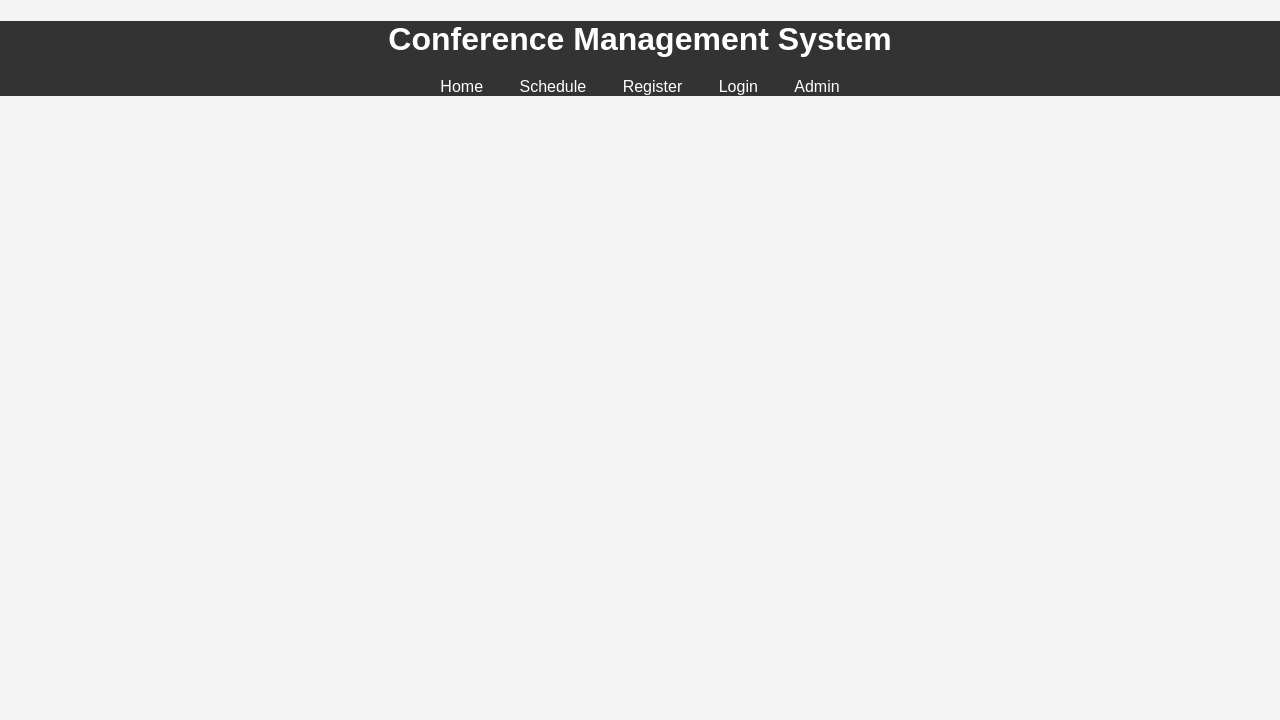
Repository: AMIT1439027/conferenceapp
Page: http://localhost/feedback.php
The author's editor kept a copy of each file at every save. The page is drawn from the files as they stood at one save, then again after the next save.
The browser window is 1280 px wide. The pictures show the whole page.
The page is run by PHP 8.4 with error messages shown; the project is at /var/www/html/. Queries for data that is not in the repository find no rows.

Above is the page before, as saved 2024-05-29 12:42:30.

### feedback.php

<?php
include 'db_connect.php';
if($_SERVER["REQUEST_METHOD"]=="POST"){
    $user_id = $_POST['user_id'];
    $conference_id = $_POST['conference_id'];
    $feedback = $_POST['feedback'];

    $stmt = $pdo->prepare("INSERT INTO  registrations (user_id,conference_id,feedback) VALUES(?,?,?)");

    $stmt->execute($user_id,$conference_id,$feedback);

    echo "Feedback submitted";
}

$stmt_users = $pdo->query("SELECT * FROM users");
$users = $stmt_users->fetchAll();

$stmt_conferences = $pdo->query("SELECT * FROM conferences");
$conferences = $stmt_conferences->fetchAll();
?>

<!DOCTYPE html>
<html lang="en">
<head>
    <meta charset="UTF-8">
    <meta name="viewport" content="width=device-width, initial-scale=1.0">
    <title>feedback</title>
    <link rel="stylesheet" href="styles.css">
</head>
<body>
<header>
    <h1>Conference Management System</h1>

    <nav>
        <a href="index.php">Home</a>
        <a href="Schedule.php">Schedule </a>
        <a href="register.php">Register</a>
        <a href="feedback.php">Login</a>
        <a href="admin.php">Admin</a>
    </nav>
</header>
<main>

</main>


</body>
</html>

### db_connect.php
<?php
$servername = "localhost";
$username = "root";
$password = "mysql143";
$dbname = "conference_db";

// Create connection
// $conn = new mysqli($servername, $username, $password, $dbname);

// // Check connection
// if ($conn->connect_error) {
//     die("Connection failed: " . $conn->connect_error);
// }
try{
    $pdo = new PDO("mysql:host=$servername;dbname=$dbname", $username, $password );
   $pdo->setAttribute(PDO::ATTR_ERRMODE, PDO::ERRMODE_EXCEPTION);
}
catch(PDOException $e){
   die("connection Failed");
}


?>

### styles.css

body {
    font-family: Arial, sans-serif;
    background-color: #f4f4f4;
    margin: 0;
    padding: 0;
}
header{
    background-color: #333333;
    color: #fff;
    padding: 1 em 0;
    text-align: center;

}

nav a{
    color: #fff;
    margin: 0 1rem;
    text-decoration: none;
}

main{
    padding: 2em;
    text-align: center;
}

footer{
    background-color: #333;
    color:#fff;
    padding: 1em 0;
    text-align: center;
    position: fixed;
    bottom: 0;
    width: 100%;
}



.container {
    width: 80%;
    margin: 0 auto;
    padding: 20px;
    background-color: #fff;
    box-shadow: 0 0 10px rgba(0, 0, 0, 0.1);
}

h1 {
    text-align: center;
    margin-bottom: 20px;
}

.table {
    width: 100%;
    margin-bottom: 20px;
    border-collapse: collapse;
}

.table th, .table td {
    border: 1px solid #ddd;
    padding: 8px;
}

.table th {
    background-color: #f2f2f2;
    text-align: left;
}

.food-item {
    border: 1px solid #ddd;
    padding: 10px;
    margin-bottom: 20px;
    text-align: center;
}

.food-item img {
    max-width: 100%;
    height: auto;
}

.form-group {
    margin-bottom: 15px;
}

.form-group label {
    display: block;
    margin-bottom: 5px;
}

.form-group input, .form-group textarea, .form-group select {
    width: 100%;
    padding: 8px;
    box-sizing: border-box;
}

.btn {
    display: inline-block;
    padding: 10px 15px;
    color: #fff;
    background-color: #007BFF;
    text-decoration: none;
    border-radius: 4px;
    margin-right: 10px;
    transition: background-color 0.3s;
}

.btn:hover {
    background-color: #0056b3;
}

.form-container {
    max-width: 400px;
    margin: 0 auto;
    padding: 20px;
    background-color: #fff;
    box-shadow: 0 0 10px rgba(0, 0, 0, 0.1);
}

form {
    display: flex;
    flex-direction: column;
}

button {
    padding: 10px 15px;
    color: #fff;
    background-color: #007BFF;
    border: none;
    cursor: pointer;
    border-radius: 4px;
    transition: background-color 0.3s;
}

button:hover {
    background-color: #0056b3;
}

input[type="number"] {
    width: 50px;
}

After the next save:
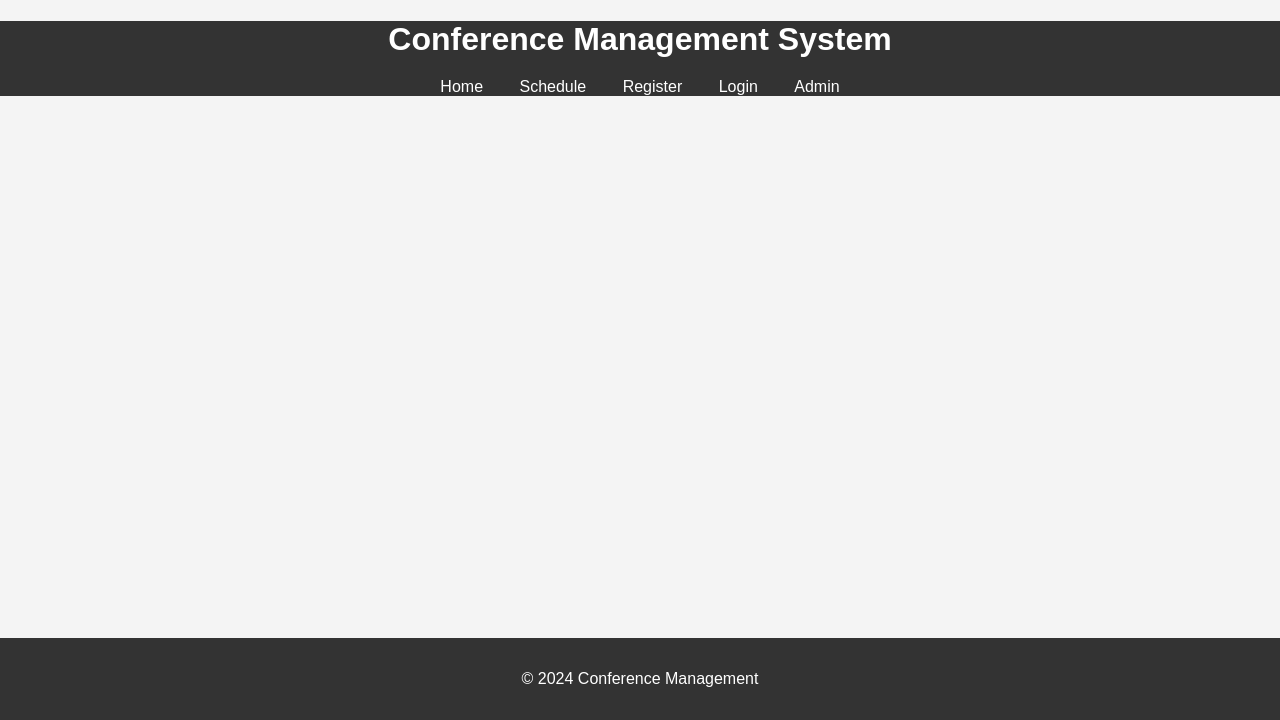
Saved 9 s later.
--- a/feedback.php
+++ b/feedback.php
@@ -44,6 +44,8 @@ $conferences = $stmt_conferences->fetchAll();
 
 </main>
 
-
+<footer>
+    <p>&copy; 2024 Conference Management</p>
+ </footer>
 </body>
 </html>
